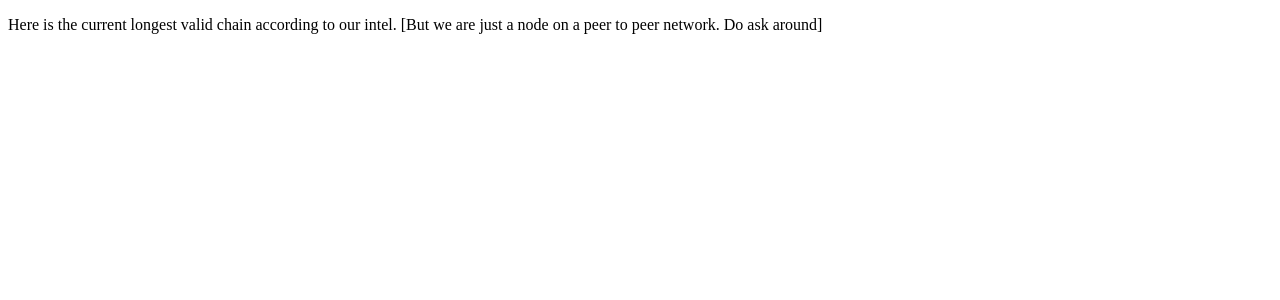
Repository: GeraldRyan/BlockchainCSPeerInstance
Page: http://localhost/Case_Study/WEB-INF/views/blockchaindesc.jsp
An editor plug-in stored every save of this project. The page is shown before and after the next save, followed by the edit.
The browser window is 1280 px wide. The pictures show the whole page.
The page is served by Tomcat 9. Nobody is signed in. Other server files are loaded and not shown. The template is opened directly, without the code that normally fills it, so the values that code supplies are empty.

Above is the page before, as saved 2021-03-26 02:09:06.

### Java BE/Case Study/WebContent/WEB-INF/views/blockchaindesc.jsp
<%@ page language="java" contentType="text/html; charset=ISO-8859-1"
	pageEncoding="ISO-8859-1"%>
<!DOCTYPE html>
<html>
<head>
<meta charset="ISO-8859-1">
<title>Index Page</title>
</head>
<body>
	<p>Here is the current longest valid chain according to our
		intel. [But we are just a node on a peer to peer network. Do ask around]</p>
</body>
</html>

After the next save:
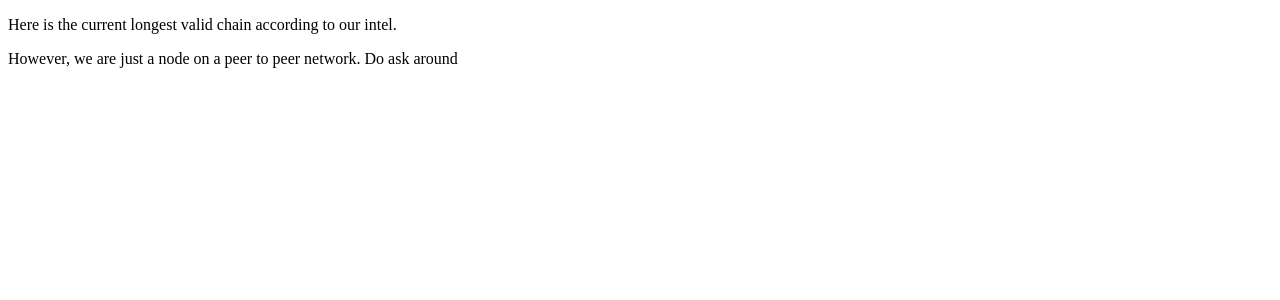
Saved 33 s later.
--- a/Java BE/Case Study/WebContent/WEB-INF/views/blockchaindesc.jsp
+++ b/Java BE/Case Study/WebContent/WEB-INF/views/blockchaindesc.jsp
@@ -7,7 +7,8 @@
 <title>Index Page</title>
 </head>
 <body>
-	<p>Here is the current longest valid chain according to our
-		intel. [But we are just a node on a peer to peer network. Do ask around]</p>
+	<p>Here is the current longest valid chain according to our intel.</p>
+	<p>
+		However, we are just a node on a peer to peer network. Do ask around</p>
 </body>
 </html>
